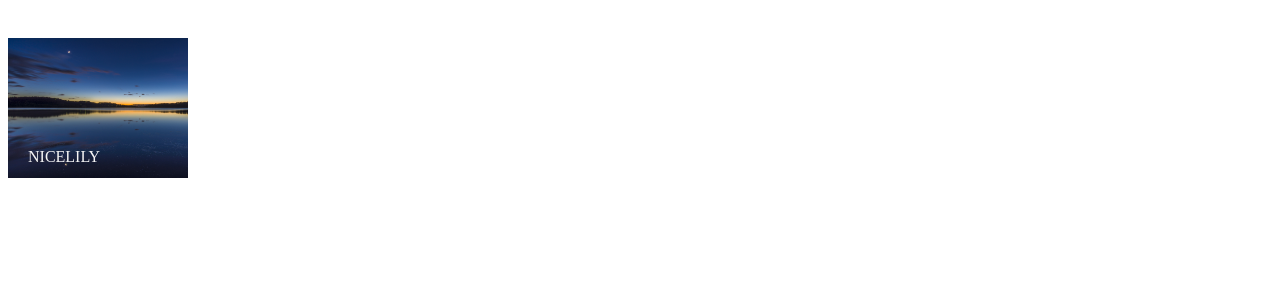
Repository: northpx/animation
Page: index.html
An editor plug-in stored every save of this project. The page is shown before and after the next save, followed by the edit.
The browser window is 1280 px wide. The pictures show the whole page.
The pointer rests on the first visible `.container`.

Above is the page before, as saved 2022-12-19 20:41:57.

### index.html
<!DOCTYPE html>
<html lang="en">
<head>
    <meta charset="UTF-8">
    <meta http-equiv="X-UA-Compatible" content="IE=edge">
    <meta name="viewport" content="width=device-width, initial-scale=1.0">
    <link rel="stylesheet" href="style.css">
    <title>Document</title>
</head>
<body>
        <!-- <div class="box1">box1</div>
        <div class="box2">
            <div class="box_child"></div>
        </div>
        <div class="box3">box3</div>
        <div class="box4">box4</div>

        <div class="box_circle">

        </div>
        <div class="box_skew"></div> -->

        <div class="container">
            <img src="nature_lake_sunset_landscape_ultrahd_4k_wallpaper_3840x2160.jpg" alt="" class="image">
            <div class="content">
                <p>NICELILY</p>
            </div>
        </div>
</body>
</html>

### style.css
/* .box1{
    width: 100px;
    height: 100px;
    background-color: aqua;
    transform: rotateX(45deg);
}

.box2{
    width: 100px;
    height: 100px;
    background-color: bisque;
    transform: rotateY(-45deg);
}

.box3{
    width: 100px;
    height: 100px;
    background-color: blueviolet;
    transform: rotate(180deg);
} */
/* .box1{
    width: 100px;
    height: 100px;
    background-color: yellowgreen;
    transform: translateX(100px);
}

.box2{
    width: 200px;
    height: 200px;
    background-color: yellowgreen;
    position: relative;
}
.box_child{
    position: absolute;
    width: 20px;
    height: 20px;
    background-color: black;
    top: 50%;
    left: 50%;
    transform: translate(-50%, -50%);
}

.box3{
    width: 100px;
    height: 100px;
    background-color: antiquewhite;
    transform: translateY(100px);
}
.box4{
    width: 100px;
    height: 100px;
    background-color:  beige;
    transform: translateX(-50px);
}

.box_circle{
    width: 100px;
    height: 100px;
    background-color: blueviolet;
    border-radius: 50%;
    scale: 1;
    transition: all 0.3s ease-in-out;
}

.box_circle:hover{
    scale: 1.5;
}

.box_skew{
    width: 100px;
    height: 100px;
    background-color: bisque;
    /* transform: skewX(45deg); */
    /* transform: skew(50deg, 0deg);
/* } */

/* .box{
    width: 100px;
    height: 100px;
    background-color: aquamarine;
    margin: 50px;
    perspective: 300px;
    position: relative;
}
.box_child{
    width: 20px;
    height: 20px;
    background-color: blueviolet;
    top: 50%;
    left: 50%;
    position: absolute;
}

.box_child:hover{
    transform: translateZ(100px);
} */
.container{
    width: 180px;
    height: 200px;
    overflow: hidden;
    position: relative;
}

 .image{
    width: 250px;
    height: 200px;
    object-fit: contain;
    transform: translateX(-20px);
    transition: all .5s linear;
    opacity: 0.5;
}

.container:hover .image{
    transform: translateX(0px);
    opacity: 1;
}

.content p{
    position: absolute;
    color: whitesmoke;
    top: 100px;
    left: 20px;
}

.container:hover .content{
    transform: translateY(-180px);
}

After the next save:
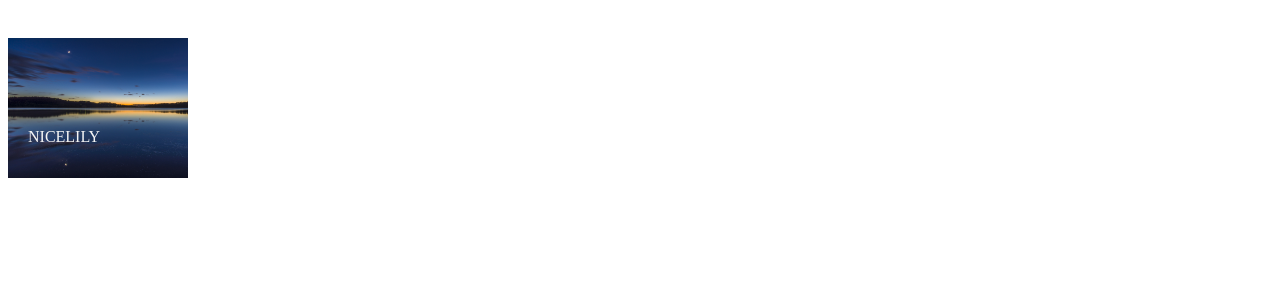
Saved 7 s later.
--- a/style.css
+++ b/style.css
@@ -124,5 +124,5 @@
 }
 
 .container:hover .content{
-    transform: translateY(-180px);
+    transform: translateY(-200px);
 }
